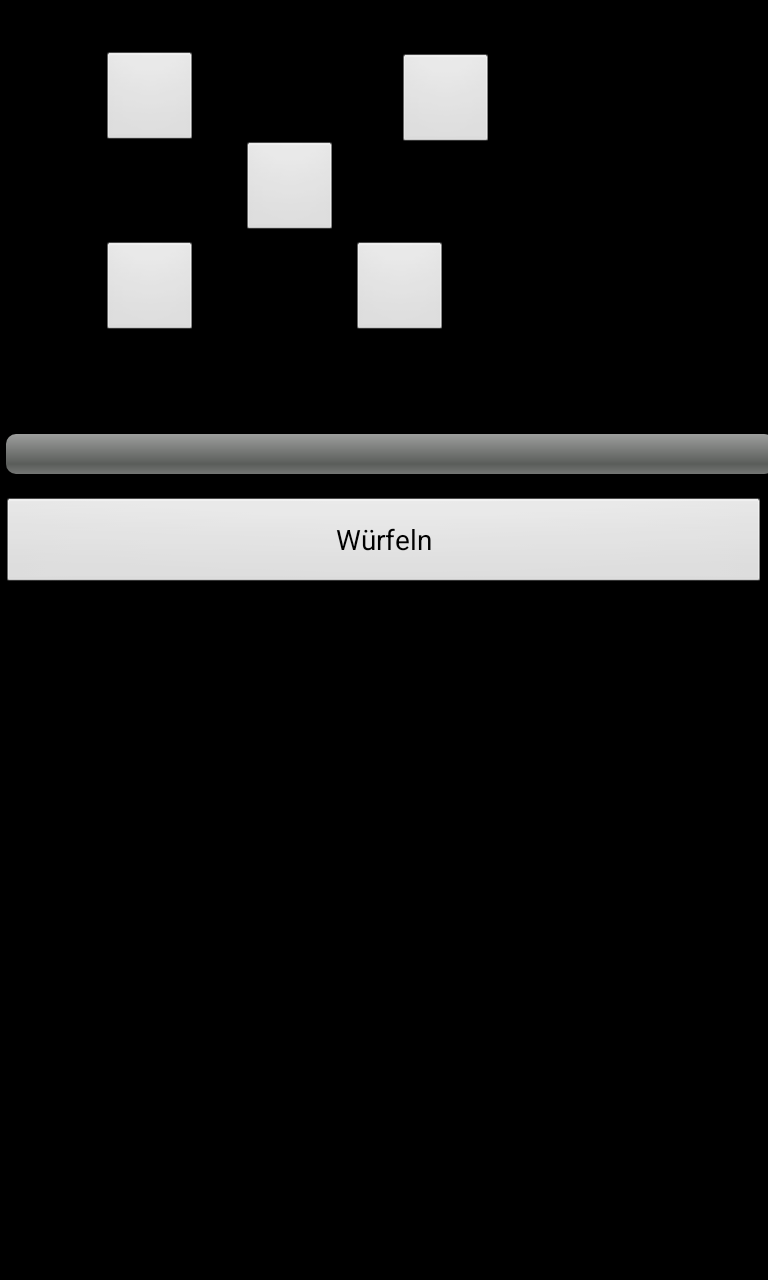
Repository: Lemkerene/App
Layout: kniffel/res/layout/wurfel.xml
An editor plug-in stored every save of this project. The layout is shown before and after the next save, followed by the edit.
It is drawn on a 768 x 1280 px phone screen (xhdpi) without system bars, with theme android:Theme; the app's code is not run.

Above is the layout before, as saved 2012-08-05 11:30:01.

### kniffel/res/layout/wurfel.xml
<?xml version="1.0" encoding="utf-8"?>
<AbsoluteLayout xmlns:android="http://schemas.android.com/apk/res/android"
    android:id="@+id/AbsoluteLayout1"
    android:layout_width="fill_parent"
    android:layout_height="fill_parent" >

    <ProgressBar
        android:id="@+id/progressBar1"
        style="?android:attr/progressBarStyleHorizontal"
        android:layout_width="match_parent"
        android:layout_height="wrap_content"
        android:layout_x="3dp"
        android:layout_y="217dp" />


    <Button
        android:id="@+id/button6"
        android:layout_width="match_parent"
        android:layout_height="wrap_content"
        android:layout_x="0dp"
        android:layout_y="248dp"
        android:onClick="OnClickW"
        android:text="@string/wurf" />

    <Button
        android:id="@+id/wu3"
        android:layout_width="50"
        android:layout_height="50"
        android:layout_x="120dp"
        android:layout_y="70dp"
        android:onClick="OnClickSperr" />

    <Button
        android:id="@+id/wu2"
        android:layout_width="50"
        android:layout_height="50"
        android:layout_x="198dp"
        android:layout_y="26dp"
        android:onClick="OnClickSperr" />

    <Button
        android:id="@+id/wu5"
        android:layout_width="50"
        android:layout_height="50"
        android:layout_x="175dp"
        android:layout_y="120dp"
        android:onClick="OnClickSperr" />

    <Button
        android:id="@+id/wu1"
        android:layout_width="50dp"
        android:layout_height="50dp"
        android:layout_x="50dp"
        android:layout_y="25dp"
        android:onClick="OnClickSperr" />

    <Button
        android:id="@+id/wu4"
        android:layout_width="50"
        android:layout_height="50"
        android:layout_x="50dp"
        android:layout_y="120dp"
        android:onClick="OnClickSperr" />

</AbsoluteLayout>

### kniffel/res/values/strings.xml
<?xml version="1.0" encoding="utf-8"?>
<resources>

    <string name="hello">Hello World, KniffelActivity!</string>
    <string name="app_name">Kniffel</string>
    <color name="myColor">#ff0000</color>

    <string name="einer">Einer</string>
    <string name="zweier">Zweier</string>
    <string name="dreier">Dreier</string>
    <string name="vierer">Vierer</string>
    <string name="funfer">Fünferer</string>
    <string name="sechser">Sechser</string>

    <string name="dreierpasch">Dreier Pasch</string>
    <string name="viererpasch">Vierer Pasch</string>
    <string name="fullhouse">Fullhouse</string>
    <string name="kleinestr">Kleine Strasse</string>
    <string name="grostr">Große Strasse</string>
    <string name="kniffel">Kniffel</string>
    <string name="chance">Chance</string>

    <string name="gesoben">Gesamt Oben</string>
    <string name="gesoben2">Gesamt Oben mit Bonus</string>
    <string name="gesunten">Gesamt Unten</string>
    <string name="ges">Gesamt</string>
    <string name="bon">Bonus</string>
    <string name="wurf">Würfeln</string>
    <string name="name">Name</string>






</resources>

After the next save:
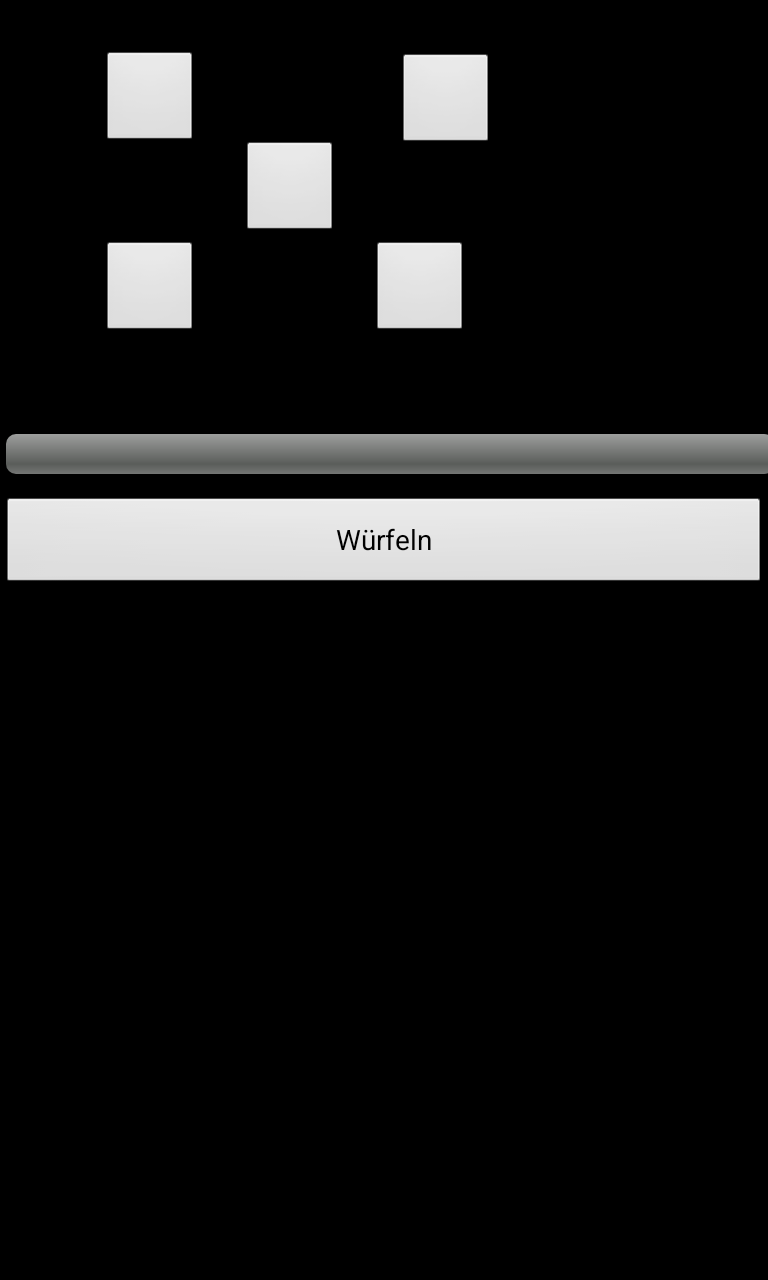
Saved 10 s later.
--- a/kniffel/res/layout/wurfel.xml
+++ b/kniffel/res/layout/wurfel.xml
@@ -42,7 +42,7 @@
         android:id="@+id/wu5"
         android:layout_width="50"
         android:layout_height="50"
-        android:layout_x="175dp"
+        android:layout_x="185dp"
         android:layout_y="120dp"
         android:onClick="OnClickSperr" />
 
